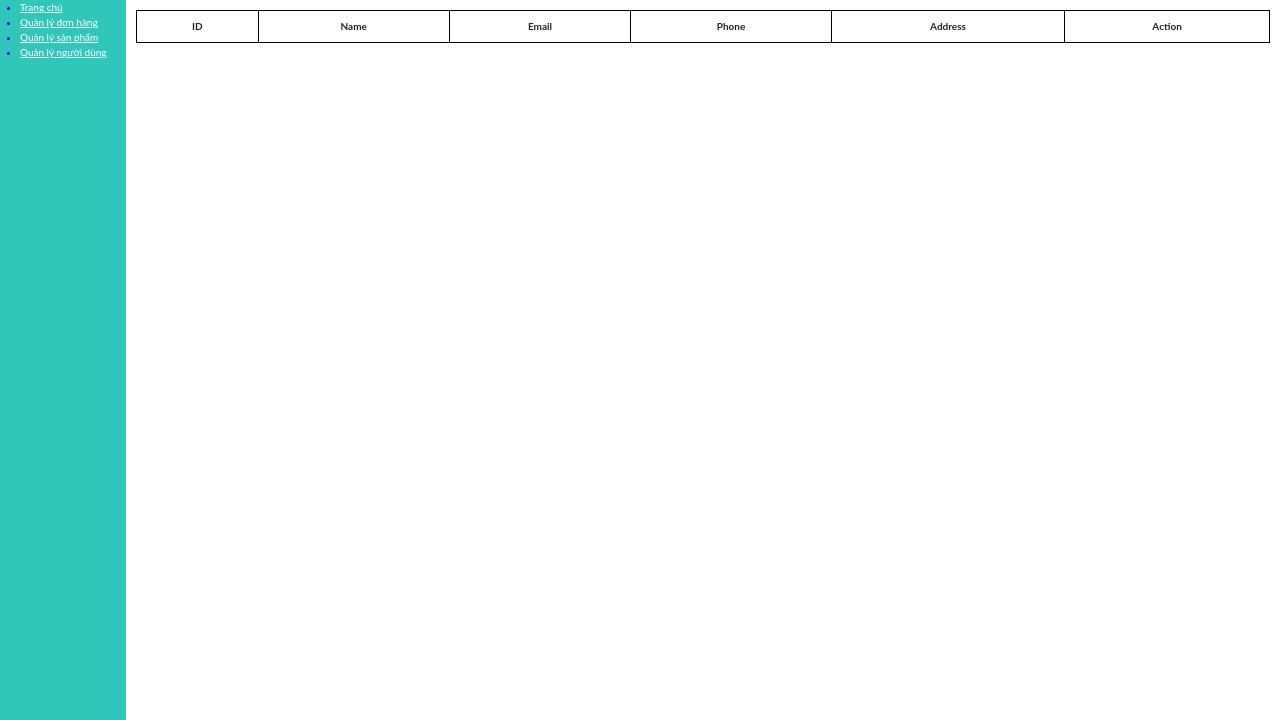
Repository: Hothidani/React
Page: /User (app in exa/my-react-router-A/)
An editor plug-in stored every save of this project. The page is shown before and after the next save, followed by the edit.
The browser window is 1280 px wide. The pictures show the whole page.
The page's requests for data from a server got no answer. The project was rebuilt for these pictures with package versions that can differ from the ones it lists, and the page was loaded fresh each time. No one was signed in, and anything a server would have sent is missing. Also part of the build but not shown: exa/my-react-router-A/src/component/Navigation.js, exa/my-react-router-A/src/component/Home.js, exa/my-react-router-A/src/component/About.js, exa/my-react-router-A/src/component/Service.js, exa/my-react-router-A/src/component/Contact.js, exa/my-react-router-A/src/component/AllProduct.js, exa/my-react-router-A/src/component/Add.js, exa/my-react-router-A/src/component/QlOder.js.

Above is the page before, as saved 2021-05-11 18:14:26.

After the next save:
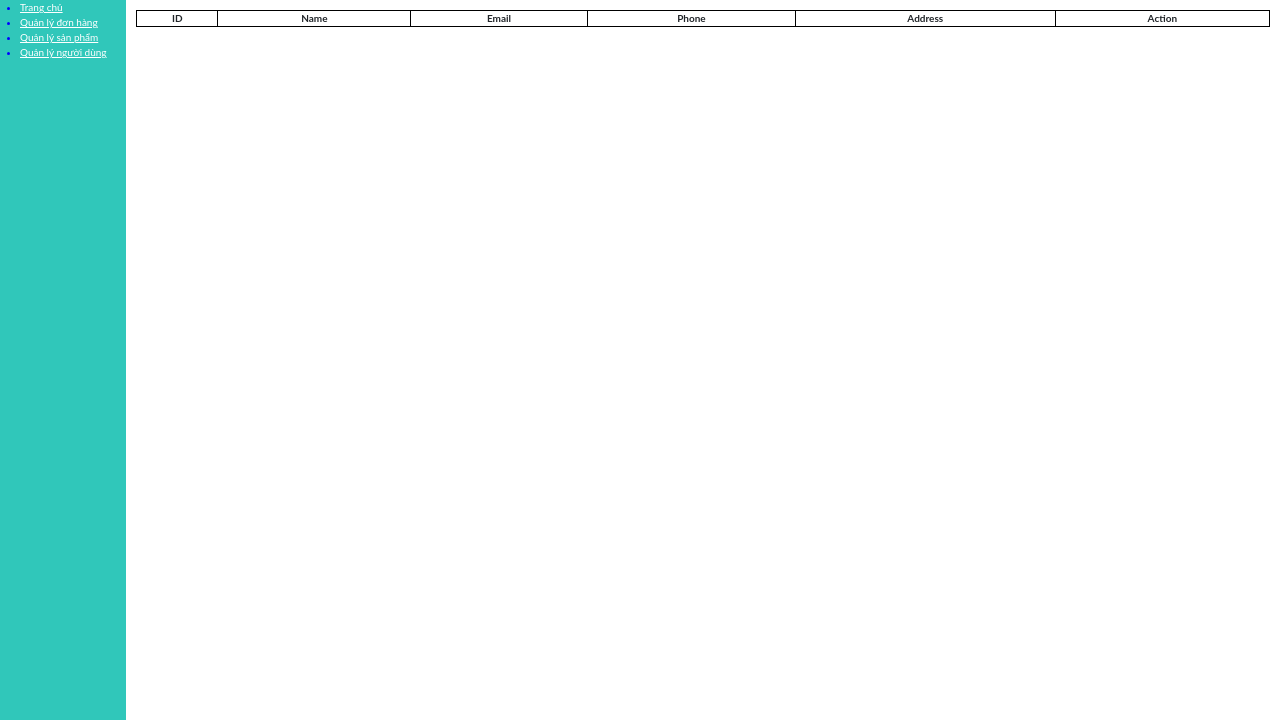
Saved 4 min 2 s later.
--- a/exa/my-react-router-A/src/AllProduct.css
+++ b/exa/my-react-router-A/src/AllProduct.css
@@ -1,10 +1,10 @@
-table {
+.table {
   font-family: arial, sans-serif;
    border: 1px solid #dddddd;
   width: 100%;
 }
 
-td, th {
+.td {
 
   text-align: left;
   padding: 8px;
